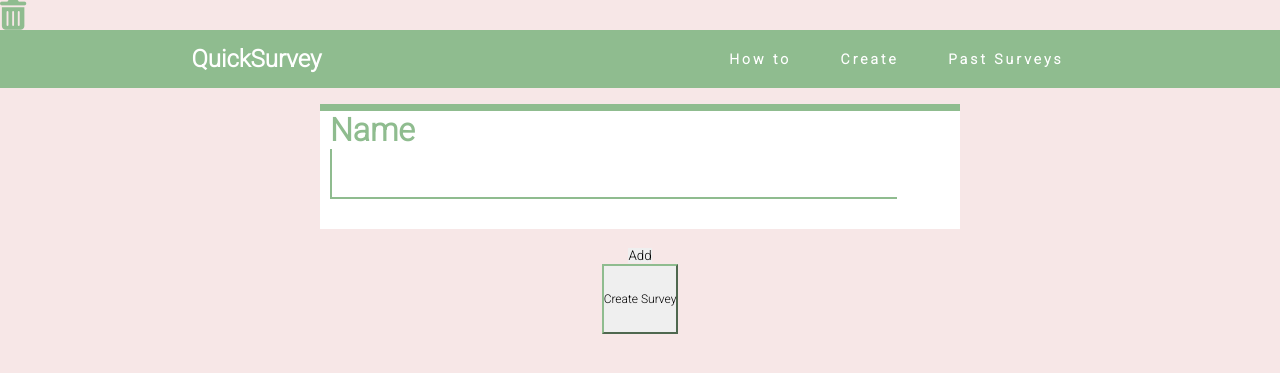
Repository: cakuang1/QuickSurvey
Page: create.html
An editor plug-in stored every save of this project. The page is shown before and after the next save, followed by the edit.
The browser window is 1280 px wide. The pictures show the whole page.
Some web libraries are served in a nearby version.

Above is the page before, as saved 2022-01-06 23:34:58.

After the next save:
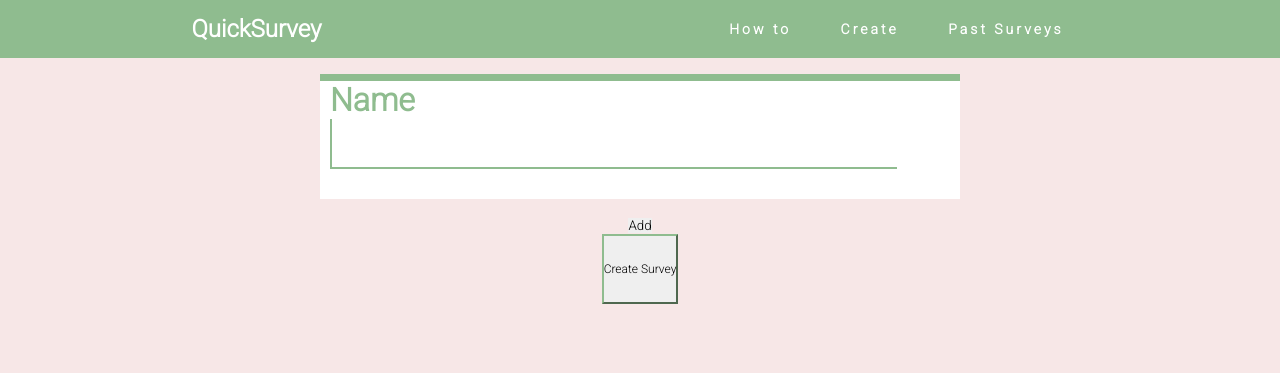
Saved 40 h 57 min later.
--- a/create.html
+++ b/create.html
@@ -13,7 +13,6 @@
 
 <body>
 
-    <i class="fas fa-trash-alt"></i>
         <nav class="navbar">
             <div class = 'heading'>
                 <h2 id = "logo">QuickSurvey</h2>
